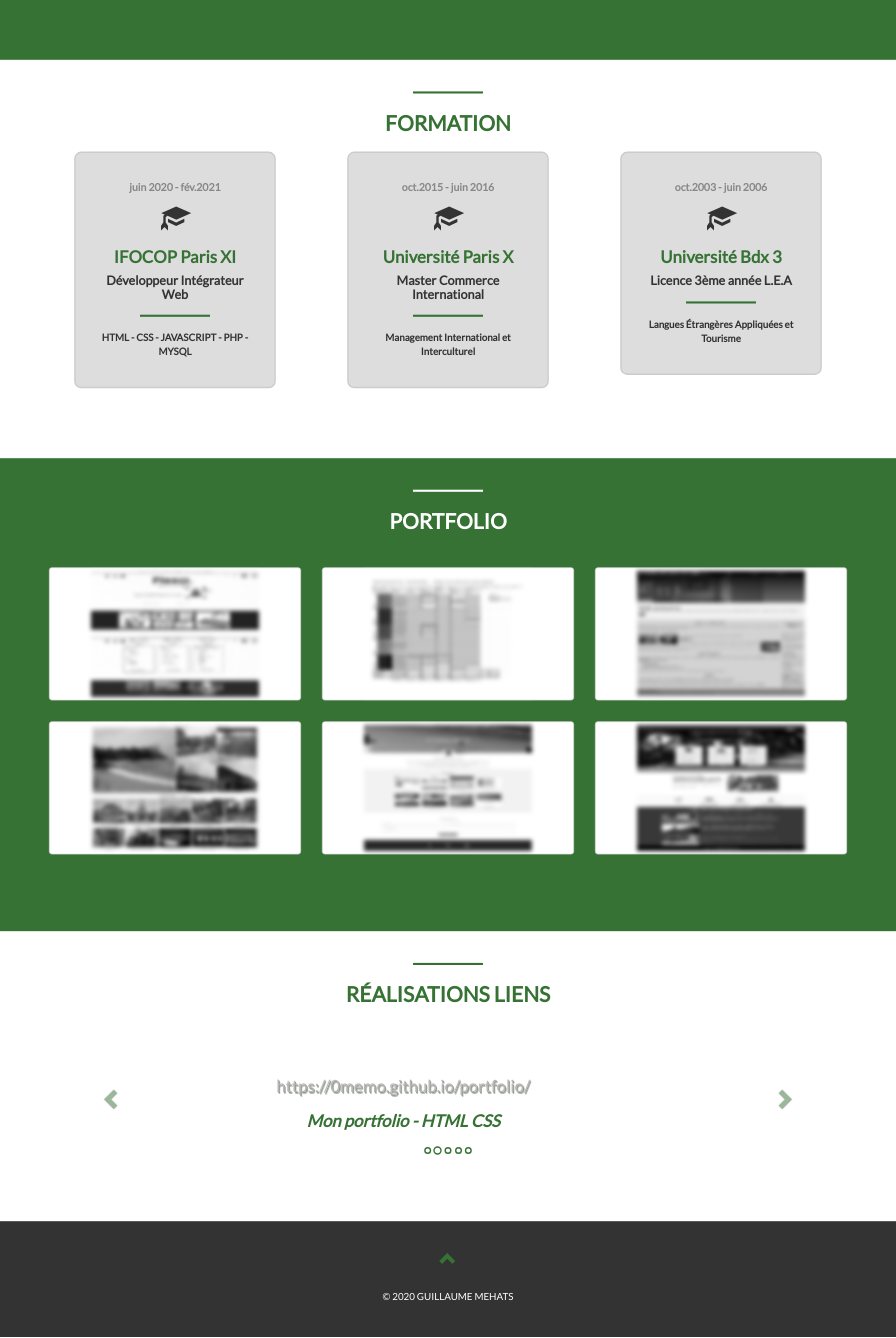
Repository: 0Memo/mon-cv
Page: index.html
The author's editor kept a copy of each file at every save. The page is drawn from the files as they stood at one save, then again after the next save.
The browser window is 1280 px wide. The pictures show the part of the page from y = 3461 to 5381 px (the page is 5372 px tall before and 5381 px after), at 70% of full size.

Above is the page before, as saved 2020-12-29 16:31:46.

After the next save:
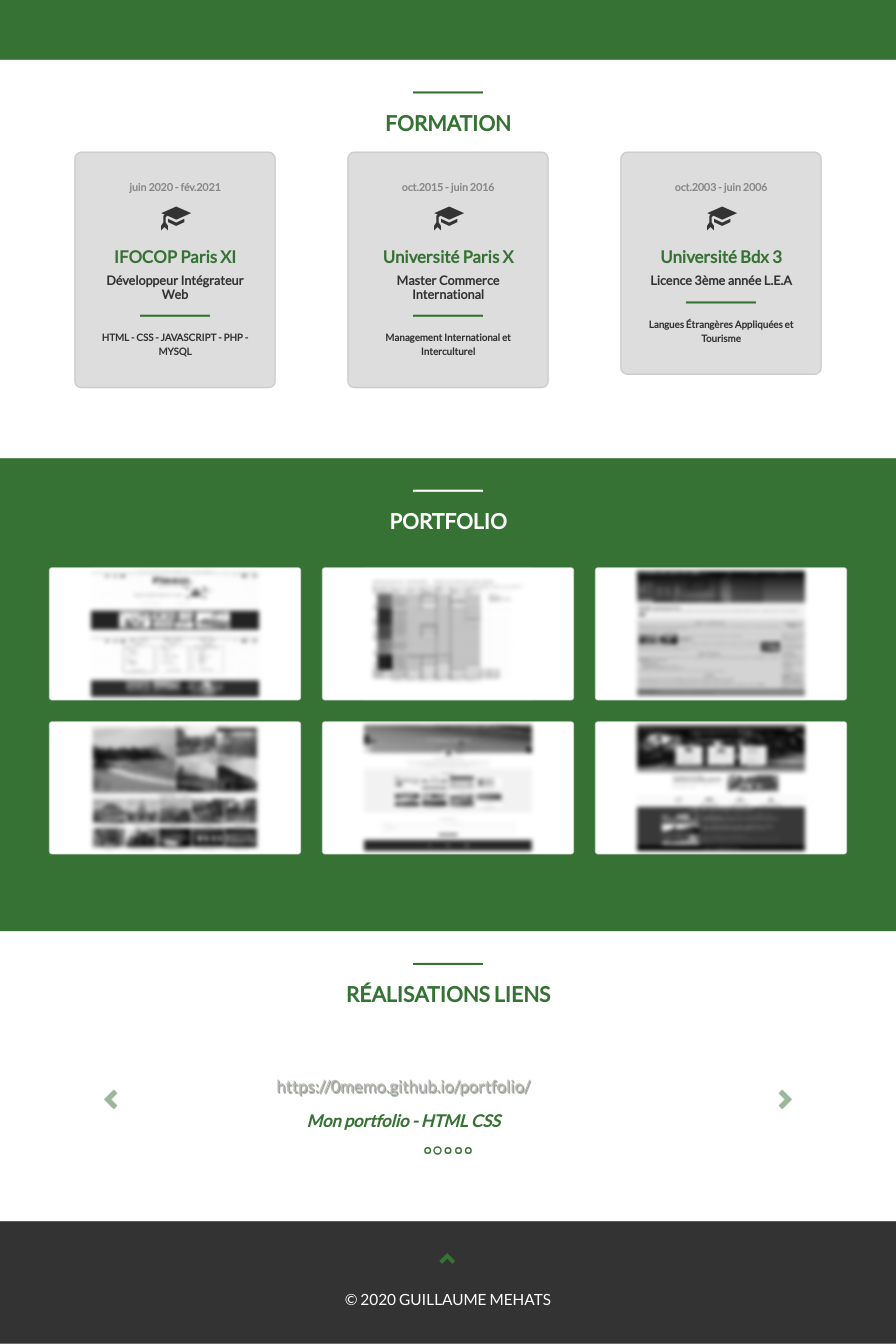
Saved 39 s later.
--- a/css/styles.css
+++ b/css/styles.css
@@ -402,4 +402,5 @@ footer h5 {
     color: #fff;
     text-transform: uppercase;
     font-weight: normal;
-}
+    font-size: 22px;
+}
